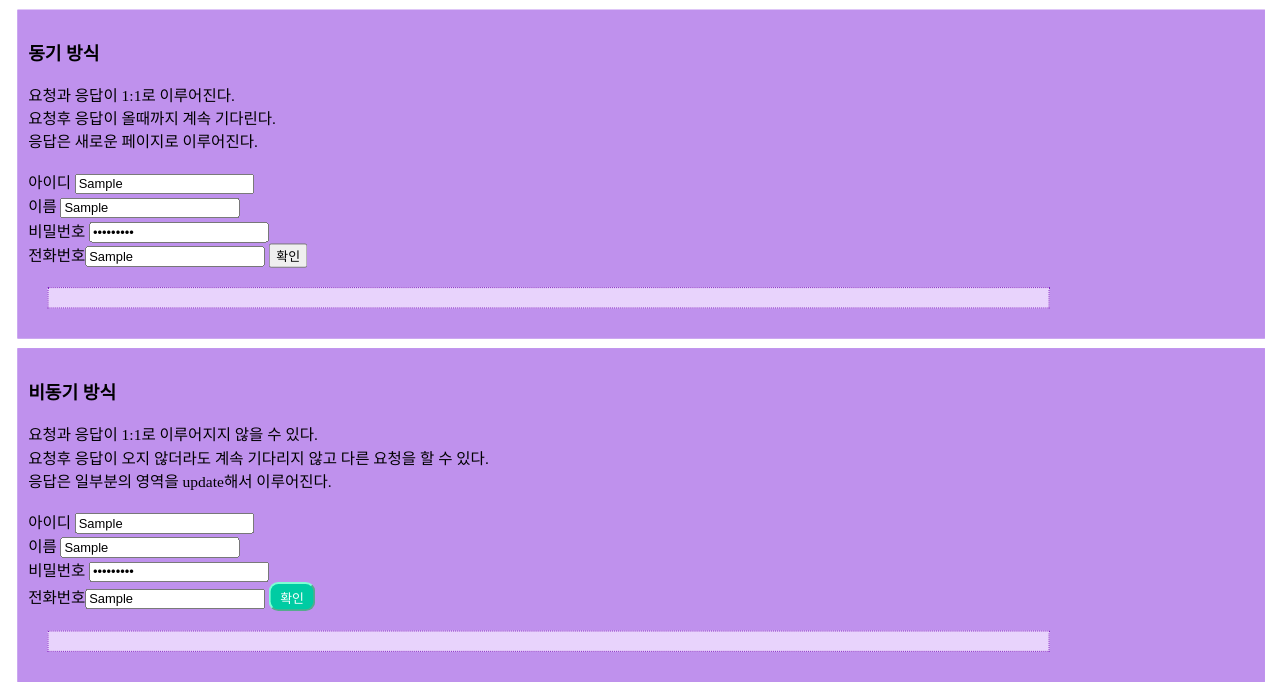
Repository: jinsoo115/jquery
Page: jqpro/WebContent/0201/ajax비동기통신.html
An editor plug-in stored every save of this project. The page is shown before and after the next save, followed by the edit.
The browser window is 1280 px wide. The page is 1304 px wide, so the pictures cover 1304 px, including what lies to the right of the window. The pictures show the whole page, at 97% of full size.
Empty fields were first filled with sample values (such as "Sample", 5 or name@example.com).
After loading, the first visible `#ajax` was clicked once.

Above is the page before, as saved 2021-02-02 00:15:30.
Console error: TypeError: xhr.onreadystatechange is not a function

### jqpro/WebContent/0201/ajax비동기통신.html
<!DOCTYPE html>
<html>
<head>
<meta charset="UTF-8">
<title>Insert title here</title>
<link rel = "stylesheet" href = "../css/public.css">
<script src="../js/jquery-3.5.1.min.js"></script>
<style>
</style>

<script>
$(function(){
	$("#ajax").on("click",function(){
		xhr = new XMLHttpRequest();

		// 입력한 모든 값을 가져온다.
		idval = $("#id").val().trim();
		passval = $("#pass").val().trim();
		telval = $("#tel").val().trim();
		nameval = $("#name").val().trim();

		data = "id=" + idval + "&name=" + nameval + "&tel=" + telval + "&pass=" + passval;

		// 요청
		xhr.open("post", "test.jsp", true);
		xhr.setRequestHeader("Content-Type", "application/x-www-form-urlencoded");
		xhr.send(data);

		// 응답
		xhr.onreadystatechange() = function() {
			if(this.readyState == 4 && this.status == 200){
				// 응답
				res = this.responseText;
				$("#result2").html(res).css("color","red");
			}
		}
	})

})
</script>

</head>
<body>

<div class="box">
<h3>동기 방식</h3>
요청과 응답이 1:1로 이루어진다.<br>
요청후 응답이 올때까지 계속 기다린다.<br>
응답은 새로운 페이지로 이루어진다.
<br><br>

<form action="test.jsp" method="post">
    아이디 <input type="text" name="id"><br>
    이름 <input type="text" name="name"><br>
    비밀번호 <input type="password" name="pass"><br>
    전화번호<input type="text" name="tel">
<input type="submit" value="확인">
</form>
<div id="result1"></div>
</div>


<div class="box">
<h3>비동기 방식</h3>
요청과 응답이 1:1로 이루어지지 않을 수 있다.<br>
요청후 응답이 오지 않더라도 계속 기다리지 않고 다른 요청을 할  수 있다.<br>
응답은 일부분의 영역을 update해서 이루어진다.
<br><br>

<form>
    아이디 <input type="text" id="id" name="id"><br>
    이름 <input type="text" id="name" name="name"><br>
    비밀번호 <input type="password" id="pass" name="pass"><br>
    전화번호<input type="text" id="tel" name="tel">
<input id = "ajax" type="button" value="확인">
</form>
<div id="result2"></div>
</div>
</body>
</html>

### jqpro/WebContent/css/public.css
@charset "utf-8";
pre{
	background-color : #96FFFF;
	font-size : 1.5em;
    white-space: pre-wrap;

    /*
        pre : 공백은 그대로 줄바꿈이 되지 않는다
        pre-wrap : 공백은 그대로 줄바꿈 된다
        pre-line : 공백을 여러개 줘도 공백은 하나만 표시 줄바꿈된다.
        nowrap : 공백을 여러개 줘도 공백은 하나만 표시 줄바꿈되지 않는다.
    */
}

div.box{
    width: 100%;
    height: auto;
    margin: 10px;
    padding: 10px;
    border: 1px solid #bf91ed;
    background: #bf91ed;
}
.box input[type=button]{
    width: auto;
    height: 30px;
    color: white;
    padding: 5px 10px;
    border-radius: 10px;
    background: #00cca3;
    border-color: aquamarine;
}

.box div{
    width: 80%;
    height: auto;
    padding: 10px;
    border: 1.5px dotted #8020bf;
    margin: 20px;
    background-color: #e8d3fc;
}

Loaded but not shown: jqpro/WebContent/js/jquery-3.5.1.min.js (library)

After the next save:
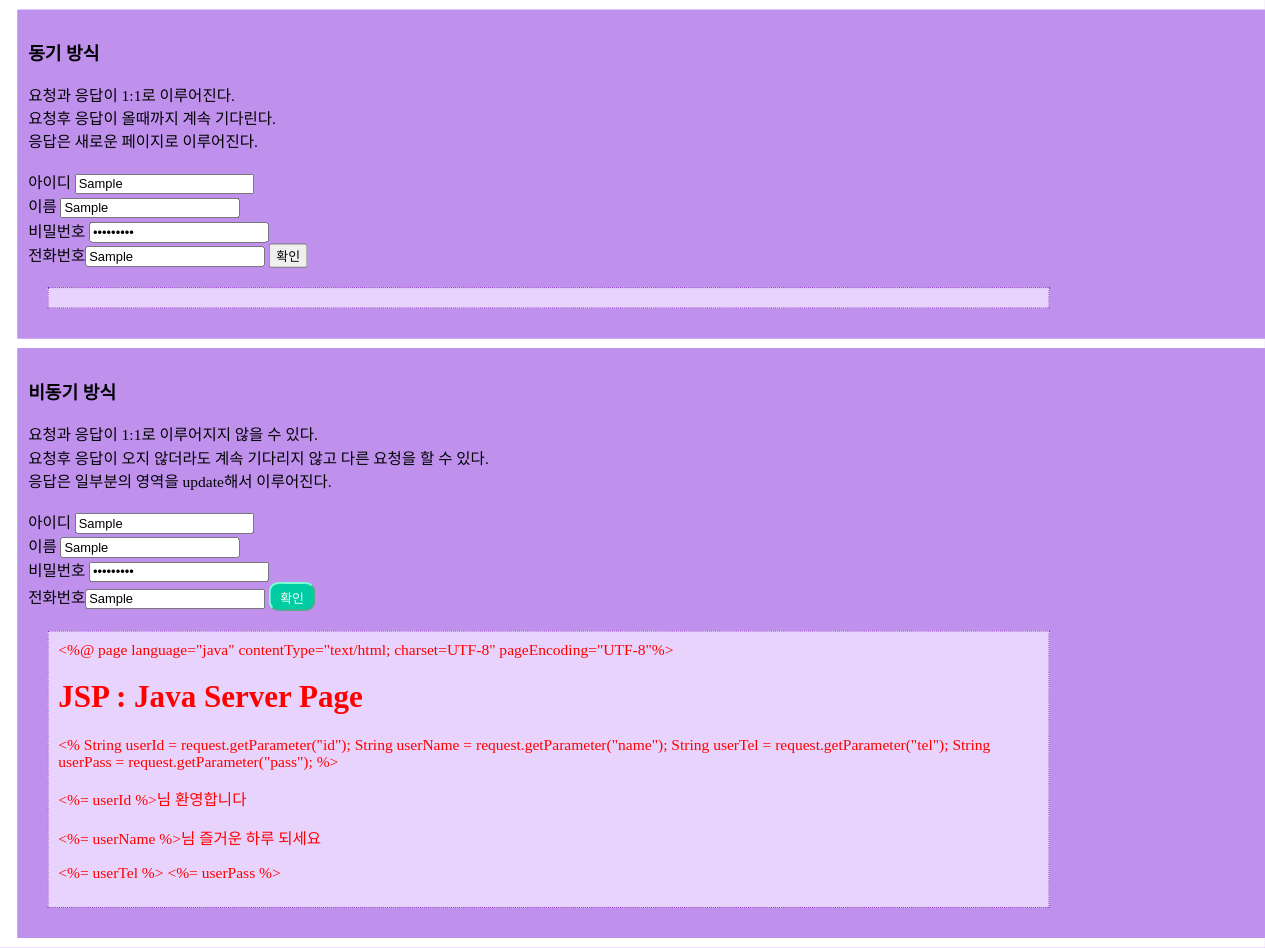
The error is gone.
Saved 36 s later.
--- a/jqpro/WebContent/0201/ajax비동기통신.html
+++ b/jqpro/WebContent/0201/ajax비동기통신.html
@@ -27,7 +27,7 @@ $(function(){
 		xhr.send(data);
 
 		// 응답
-		xhr.onreadystatechange() = function() {
+		xhr.onreadystatechange = function() {
 			if(this.readyState == 4 && this.status == 200){
 				// 응답
 				res = this.responseText;
